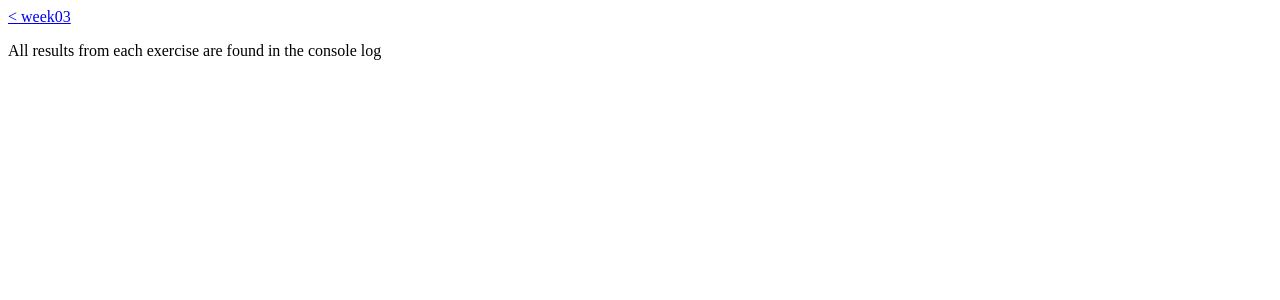
Repository: jknudsen97/WDD-330-Portfolio
Page: week3/teamactivity.html
These files come from the project's save history. The page is drawn as it stood at one moment and after the next save; the edit follows.
The browser window is 1280 px wide. The pictures show the whole page.

Above is the page before, as saved 2021-10-19 17:16:54.

### week3/teamactivity.html
<!DOCTYPE html>
    <html lang="en">
        <head>
            <meta charset="UTF-8" />
            <title>Array Cardio 💪</title>
        </head>
        <body>
            <a href="./week03.html">&lt; week03</a>
            <p>All results from each exercise are found in the console log</p>
            <script>
                // Get your shorts on - this is an array workout!
                // ## Array Cardio Day 1

                // Some data we can work with

                const inventors = [
                    { first: 'Albert', last: 'Einstein', year: 1879, passed: 1955 },
                    { first: 'Isaac', last: 'Newton', year: 1643, passed: 1727 },
                    { first: 'Galileo', last: 'Galilei', year: 1564, passed: 1642 },
                    { first: 'Marie', last: 'Curie', year: 1867, passed: 1934 },
                    { first: 'Johannes', last: 'Kepler', year: 1571, passed: 1630 },
                    { first: 'Nicolaus', last: 'Copernicus', year: 1473, passed: 1543 },
                    { first: 'Max', last: 'Planck', year: 1858, passed: 1947 },
                    { first: 'Katherine', last: 'Blodgett', year: 1898, passed: 1979 },
                    { first: 'Ada', last: 'Lovelace', year: 1815, passed: 1852 },
                    { first: 'Sarah E.', last: 'Goode', year: 1855, passed: 1905 },
                    { first: 'Lise', last: 'Meitner', year: 1878, passed: 1968 },
                    { first: 'Hanna', last: 'Hammarström', year: 1829, passed: 1909 }
                ];

                const people = [
                    'Beck, Glenn',
                    'Becker, Carl',
                    'Beckett, Samuel',
                    'Beddoes, Mick',
                    'Beecher, Henry',
                    'Beethoven, Ludwig',
                    'Begin, Menachem',
                    'Belloc, Hilaire',
                    'Bellow, Saul',
                    'Benchley, Robert',
                    'Benenson, Peter',
                    'Ben-Gurion, David',
                    'Benjamin, Walter',
                    'Benn, Tony',
                    'Bennington, Chester',
                    'Benson, Leana',
                    'Bent, Silas',
                    'Bentsen, Lloyd',
                    'Berger, Ric',
                    'Bergman, Ingmar',
                    'Berio, Luciano',
                    'Berle, Milton',
                    'Berlin, Irving',
                    'Berne, Eric',
                    'Bernhard, Sandra',
                    'Berra, Yogi',
                    'Berry, Halle',
                    'Berry, Wendell',
                    'Bethea, Erin',
                    'Bevan, Aneurin',
                    'Bevel, Ken',
                    'Biden, Joseph',
                    'Bierce, Ambrose',
                    'Biko, Steve',
                    'Billings, Josh',
                    'Biondo, Frank',
                    'Birrell, Augustine',
                    'Black, Elk',
                    'Blair, Robert',
                    'Blair, Tony',
                    'Blake, William'
                ];

                const links = [
                        'Boulevards of Paris',
                        'City walls of Paris',
                        'Thiers wall',
                        'Wall of Charles V',
                        'Wall of Philip II Augustus',
                        'City gates f Paris',
                        'Haussmann\'s renovation of Paris',
                        'Boulevards of the Marshals',
                        'Boulevard Auguste-Blanqui',
                        'Boulevard Barbès',
                        'Boulevard Beaumarchais',
                        'Boulevard de l\'Amiral-Bruix',
                        'Boulevard Mortier',
                        'Boulevard Poniatowski',
                        'Boulevard Soult',
                        'Boulevard des Capucines',
                        'Boulevard de la Chapelle',
                        'Boulevard de Clichy',
                        'Boulevard du Crime',
                        'Boulevard du Général-d\'Armée-Jean-Simon',
                        'Boulevard Haussmann',
                        'Boulevard de l\'Hôpital',
                        'Boulevard des Italiens',
                        'Boulevard Lefebvre',
                        'Boulevard de la Madeleine',
                        'Boulevard de Magenta',
                        'Boulevard Malesherbes',
                        'Boulevard Marguerite-de-Rochechouart',
                        'Boulevard Montmartre',
                        'Boulevard du Montparnasse',
                        'Boulevard Raspail',
                        'Boulevard Richard-Lenoir',
                        'Boulevard Saint-Germain',
                        'Boulevard Saint-Michel',
                        'Boulevard de Sébastopol',
                        'Boulevard de Strasbourg',
                        'Boulevard du Temple',
                        'Boulevard Voltaire',
                        'Boulevard de la Zone'
                    ];
                // Array.prototype.filter()
                // 1. Filter the list of inventors for those who were born in the 1500's
                const fifteenthCentury = inventors.filter(function (fif){
                    return fif.year >= 1500 &&
                        fif.year <= 1599;
                });
                console.log(fifteenthCentury);

                //attempt 1: function(inventors.year >= 1500 && inventors.year <= 1599)

                // Array.prototype.map()
                // 2. Give us an array of the inventors' first and last names
                // Method 1:
                //   const inventorNames = inventors.map(function (nam){
                //         return nam.first + " " + nam.last;
                //   });
                // Method 2:
                const inventorNames = inventors.map(name => (`${name.last}, ${name.first}`));
                console.log(inventorNames);

                // Array.prototype.sort()
                // 3. Sort the inventors by birthdate, oldest to youngest
                const bday = inventors.sort(function (oldest, latest){
                    return oldest.year-latest.year;
                });
                console.log(bday);

                // Array.prototype.reduce()
                // 4. How many years did all the inventors live?
                const age = inventors.reduce(function (total, person){
                    return total + (person.passed - person.year);
                }, 0);
                console.log(age);

                // 5. Sort the inventors by years lived
                const lived = inventors.sort(function (a, b){
                    const lastperson = a.passed - a.year;
                    const nextperson = b.passed - b.year;
                    return lastperson > nextperson ? -1 : 1;
                });
                console.log(lived);

                // 6. create a list of Boulevards in Paris that contain 'de' anywhere in the name
                // https://en.wikipedia.org/wiki/Category:Boulevards_in_Paris
                // goto the link above and open the console. Paste the following two lines in.  That will create a list of links in memory that you can reference through the console. Use that list to finish the problem.
                // const category = document.querySelector('.mw-category');
                // const links = Array.from(category.querySelectorAll('a'));

                    const locations = links.filter(function (de){
                    return de.includes(' de');
                });
                console.log(locations);

                // 7. sort Exercise
                // Sort the people alphabetically by last name
                const alphabetical = people.sort(function (a, b){
                  //getting the full last
                  return b > a ? -1 : 1;
                });
                console.log(alphabetical)

                // 8. Reduce Exercise
                // Sum up the instances of each of these
                const data = [
                    'car',
                    'car',
                    'truck',
                    'truck',
                    'bike',
                    'walk',
                    'car',
                    'van',
                    'bike',
                    'walk',
                    'car',
                    'van',
                    'car',
                    'truck'
                ];
                const transport = data.reduce(function (method, item){
                  //check if method exists
                  if(!method[item]){
                    method[item] = 0;
                  }
                  method[item]++;
                  return method;
                }, {});
                //return single-dimensional list
                console.log(transport);
            </script>
        </body>
</html>

After the next save:
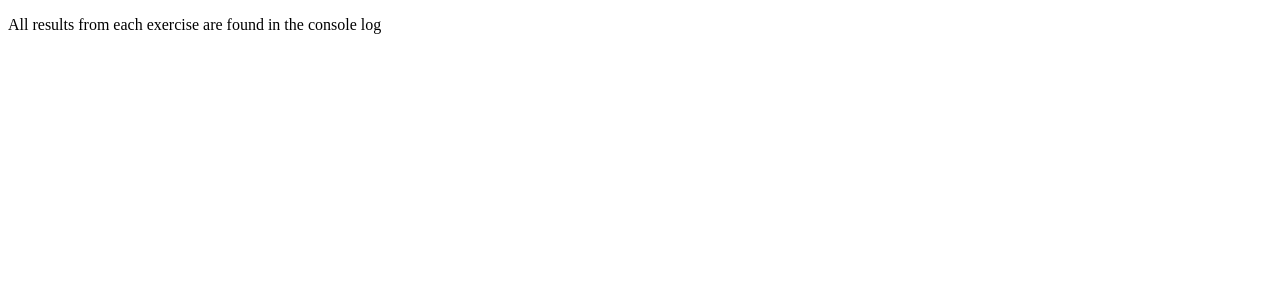
Saved 10 s later.
--- a/week3/teamactivity.html
+++ b/week3/teamactivity.html
@@ -5,7 +5,6 @@
             <title>Array Cardio 💪</title>
         </head>
         <body>
-            <a href="./week03.html">&lt; week03</a>
             <p>All results from each exercise are found in the console log</p>
             <script>
                 // Get your shorts on - this is an array workout!
